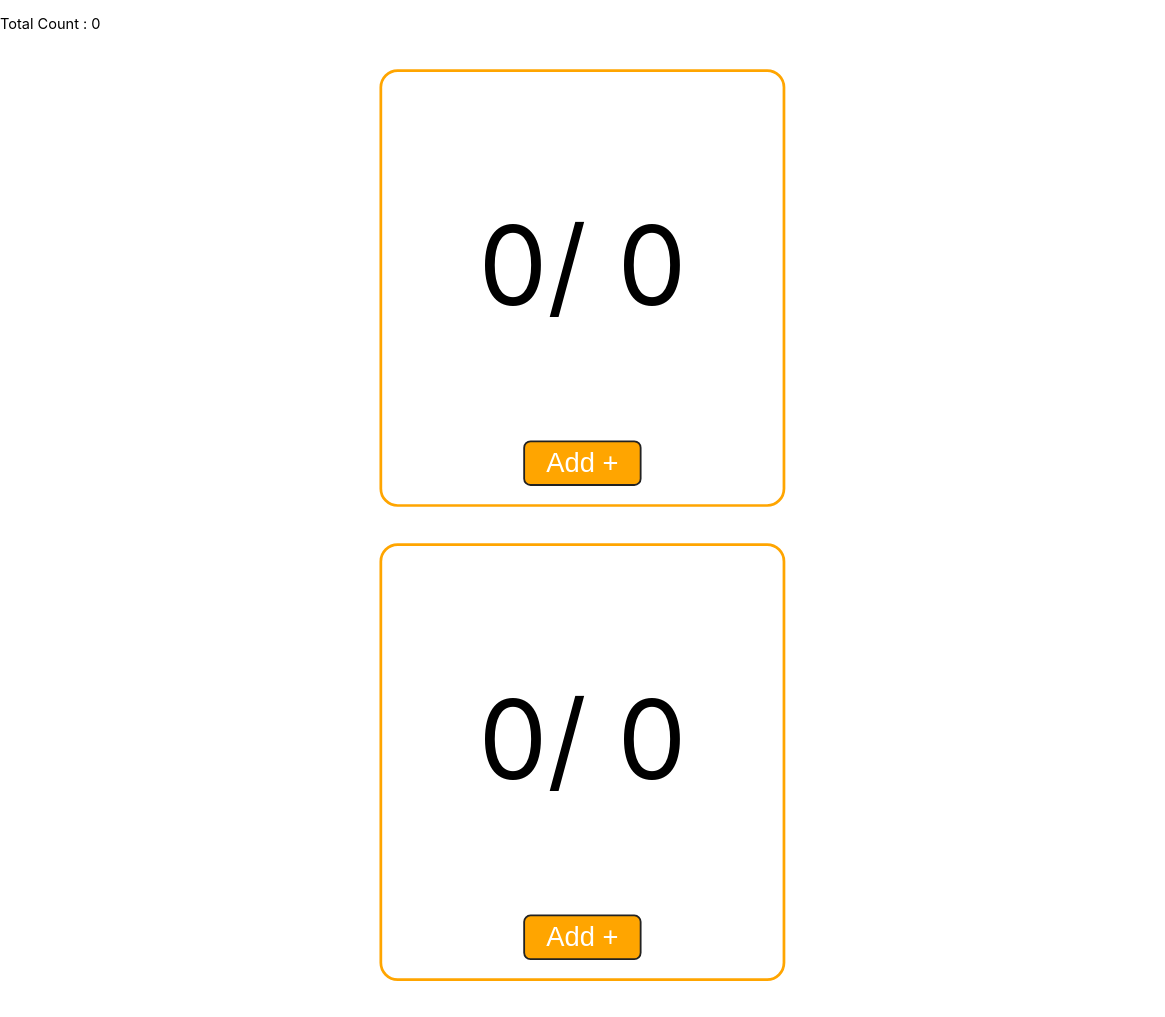
Repository: dnjfht/css-example
Page: /
The author's editor kept a copy of each file at every save. The page is drawn from the files as they stood at one save, then again after the next save.
The browser window is 1280 px wide. The pictures show the whole page, at 91% of full size.
The project was rebuilt for these pictures with package versions that can differ from the ones it lists, and the page was loaded fresh each time.

Above is the page before, as saved 2023-05-09 19:37:14.

### src/App.js
import React, { useState } from "react";
import Counter from "./components/Counter";

export default function App() {
  const [total, setTotal] = useState(0);

  const handleClickTotal = () => {
    setTotal((prev) => prev + 1);
  };
  return (
    <div>
      <p>Total Count : {total}</p>
      <Counter total={total} handleClickTotal={handleClickTotal} />
      <Counter total={total} handleClickTotal={handleClickTotal} />
    </div>
  );
}

### src/components/Counter.jsx
import React, { useState } from "react";

export default function Counter({ total, handleClickTotal }) {
  const [count, setCount] = useState(0);

  const handleClickCountUp = () => {
    setCount((prev) => prev + 1);
    handleClickTotal();
  };

  //   const handleClickCountDown = () => {
  //     if (count > 0) setCount(count - 1);
  //   };

  return (
    <div
      style={{
        width: 400,
        padding: 20,
        margin: "40px auto",
        border: "3px solid orange",
        borderRadius: 20,
        display: "flex",
        flexDirection: "column",
        alignItems: "center",
      }}
    >
      <p style={{ fontSize: 120 }}>
        {count}
        <span>/ {total}</span>
      </p>
      <button
        style={{
          width: 130,
          padding: "6px 16px",
          boxSizing: "border-box",
          backgroundColor: "orange",
          border: "2px solid #222",
          borderRadius: 8,
          fontSize: 30,
          color: "white",
        }}
        onClick={handleClickCountUp}
      >
        Add +
      </button>
      {/* <button
        style={{
          width: 130,
          padding: "6px 16px",
          marginTop: 10,
          boxSizing: "border-box",
          backgroundColor: "orange",
          border: "2px solid #222",
          borderRadius: 8,
          fontSize: 30,
          color: "white",
        }}
        onClick={handleClickCountDown}
      >
        Add -
      </button> */}
    </div>
  );
}

Loaded but not shown: public/index.html (common file); src/index.js (common file); src/index.css (common file); src/reportWebVitals.js (common file)

After the next save:
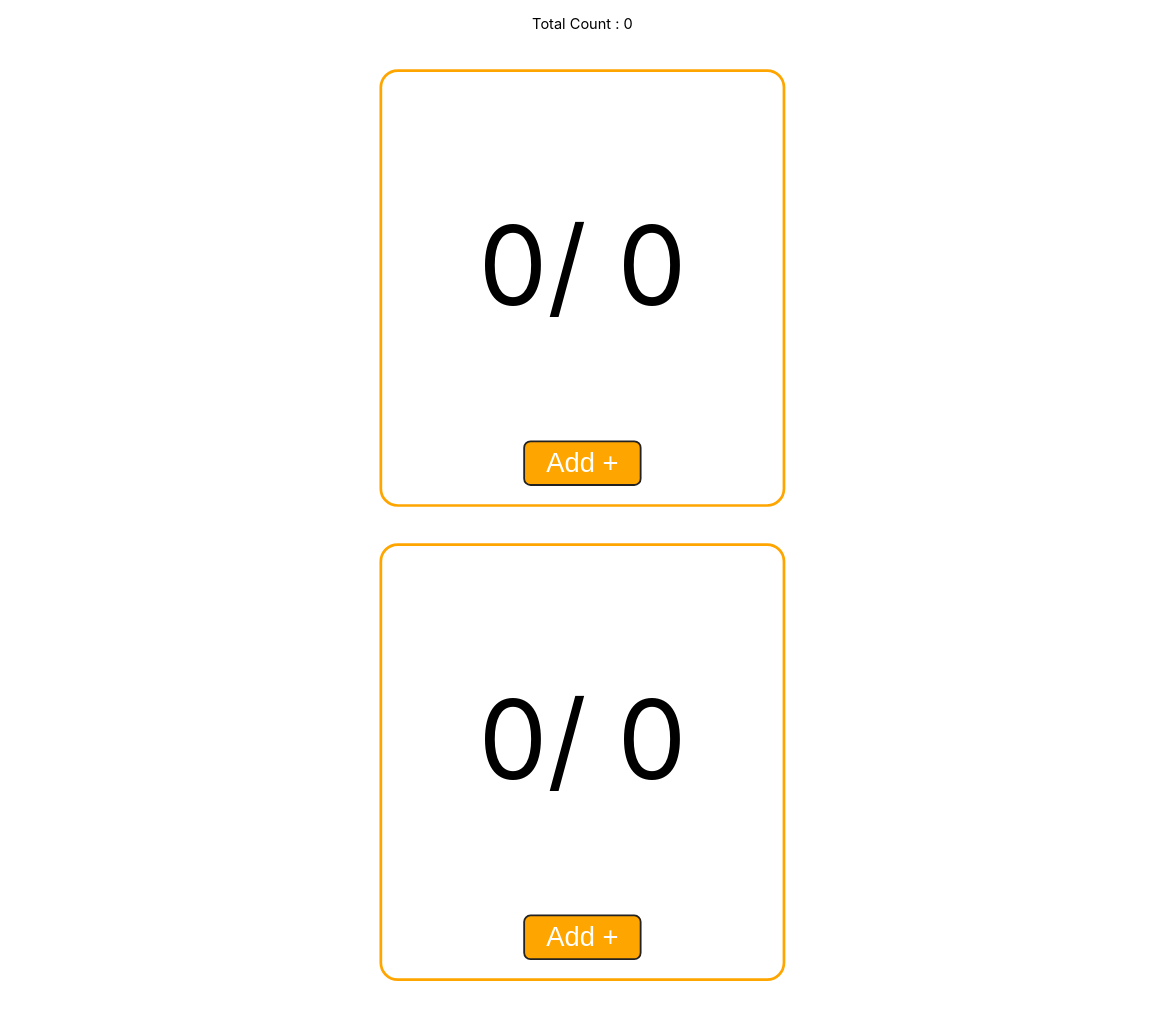
Saved 29 s later.
--- a/src/App.js
+++ b/src/App.js
@@ -8,7 +8,7 @@ export default function App() {
     setTotal((prev) => prev + 1);
   };
   return (
-    <div>
+    <div style={{ textAlign: "center" }}>
       <p>Total Count : {total}</p>
       <Counter total={total} handleClickTotal={handleClickTotal} />
       <Counter total={total} handleClickTotal={handleClickTotal} />
